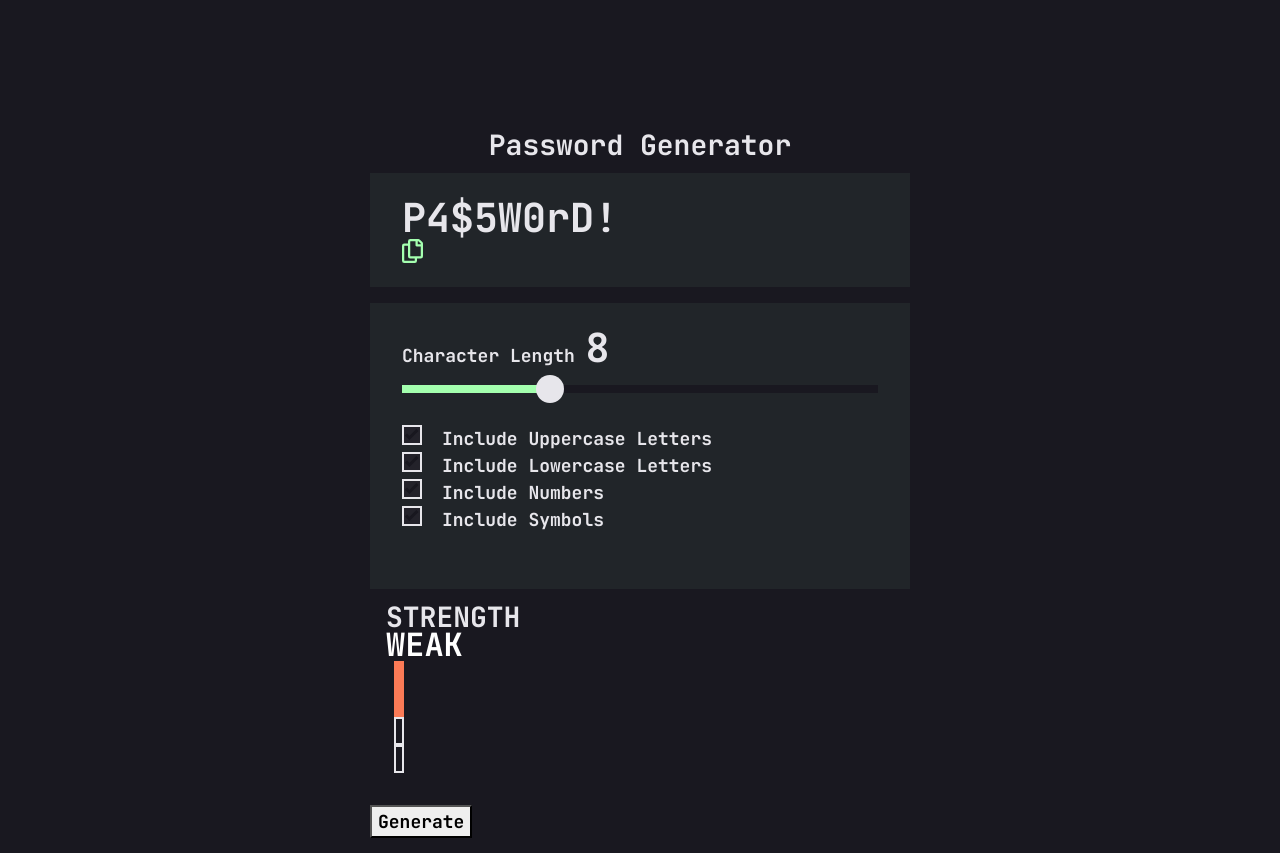
Repository: blordeus/password-generator-app
Page: starter-code/index.html
The author's editor kept a copy of each file at every save. The page is drawn from the files as they stood at one save, then again after a run of saves.
The browser window is 1280 px wide. The pictures show the whole page.

Above is the page before, as saved 2023-10-05 20:20:03.

### starter-code/index.html
<!DOCTYPE html>
<html lang="en">
<head>
  <meta charset="UTF-8">
  <meta name="viewport" content="width=device-width, initial-scale=1.0">
  <link href="https://cdn.jsdelivr.net/npm/bootstrap@5.3.2/dist/css/bootstrap.min.css" rel="stylesheet" integrity="sha384-T3c6CoIi6uLrA9TneNEoa7RxnatzjcDSCmG1MXxSR1GAsXEV/Dwwykc2MPK8M2HN" crossorigin="anonymous">
  <script src="https://cdn.jsdelivr.net/npm/bootstrap@5.3.2/dist/js/bootstrap.bundle.min.js" integrity="sha384-C6RzsynM9kWDrMNeT87bh95OGNyZPhcTNXj1NW7RuBCsyN/o0jlpcV8Qyq46cDfL" crossorigin="anonymous" defer></script>
  <script src="index.js" defer></script>
  <link rel="icon" type="image/png" sizes="32x32" href="./assets/images/favicon-32x32.png">
  <link rel="stylesheet" href="./assets/style.css">
  <link href="https://fonts.googleapis.com/css2?family=JetBrains+Mono:wght@700&display=swap" rel="stylesheet">
  <title>Frontend Mentor | Password generator app</title>
</head>
<body>
<main class="main">

    <h1 class="fs-3 title text-grey">Password Generator</h1>

    <div class="field bg-dark fs-1 flex">
      <p id="fieldText" class="fieldText text-grey">P4$5W0rD!</p>
      <div class="copy flex">
        <p id="copyMsg" class="fs-3 uppercase text-green">copied</p>
        <img id="copyIcon" src="./assets/images/icon-copy.svg" alt="">
      </div>
    </div>

    <div class="options bg-dark">
      <label for="slider" class="sliderLabel flex">Character Length <span class="sliderValue fs-1 text-green" id="sliderValue"></span></label>
      <input type="range" class="slider" name="slider" id="slider" min="5" max="15" value="8">
      <div class="checkboxes flex">
        <label for="inclUppercase" class="checkboxLabel" id="inclUppercase">
          <input type="checkbox" name="inclUppercase" id="inclUppercase">
          Include Uppercase Letters
          <span class="checkmark"><img src="./assets/images/icon-check.svg" alt="checked-icon"></span>
        </label>
        <label for="" class="checkboxLabel">
          <input type="checkbox" name="inclLowercase" id="inclLowercase">
          Include Lowercase Letters
          <span class="checkmark"><img src="./assets/images/icon-check.svg" alt="checked-icon"></span>
        </label>
        <label for="" class="checkboxLabel">
          <input type="checkbox" name="inclNumbers" id="inclNumbers">
          Include Numbers
          <span class="checkmark"><img src="./assets/images/icon-check.svg" alt="checked-icon"></span>
        </label>
        <label for="" class="checkboxLabel">
          <input type="checkbox" name="inclSymbols" id="inclSymbols">
          Include Symbols
          <span class="checkmark"><img src="./assets/images/icon-check.svg" alt="checked-icon"></span>
        </label>

      </div>

    </div>
    <div class="strength flex">
      <h2 class="fs-3 text-grey uppercase">Strength</h2>
      <div class="strengthLvl flex">
        <p class="fs-2 text-white uppercase" id="levelTxt">weak</p>
        <div id="bar1" class="bars bar1"></div>
        <div id="bar2" class="bars bar2"></div>
        <div id="bar3" class="bars bar3"></div>
        <div id="bar4" class="bars bar4"></div>
      </div>
    </div>
    <button id="generateBtn" class="">Generate</button>
</main>

</body>
</html>

### starter-code/assets/style.css
/* ------------------- */
/* Custom properties   */
/* ------------------- */

:root {
    /* colors */
    --clr-darkGrey: 248 10% 15%;
    --clr-grey: 251 9% 53%;
    --clr-almostWhite: 252 11% 91%;
    --clr-veryDarkGrey: 248 15% 11%;
    --clr-neonGreen: 127 100% 82%;
    --clr-red: 0 91% 63%;
    --clr-orange: 13 95% 66%;
    --clr-yellow: 42 91% 68%;

    /* font-sizes */
    --fs-1: 1.5rem;
    --fs-2: 1.125rem;
    --fs-3: 1rem;
  }

  @media (min-width: 35em) {
    :root {
      --fs-1: 2rem;
      --fs-2: 1.5rem;
      --fs-3: 1.125rem;
    }
  }

  /* ------------------- */
  /* Reset               */
  /* ------------------- */

  /* https://piccalil.li/blog/a-modern-css-reset/ */

  /* Box sizing */
  *,
  *::before,
  *::after {
    box-sizing: border-box;
  }

  /* Reset margins */
  body,
  h1,
  h2,
  h3,
  h4,
  h5,
  p,
  figure,
  picture {
    margin: 0;
  }

  h1,
  h2,
  h3,
  h4,
  h5,
  h6,
  p {
    font-weight: 400;
  }

  /* set up the body */
  body {
    font-family: "JetBrains Mono", monospace;
    font-size: var(--fs-3);
    font-weight: 700;
    color: hsl(var(--clr-almostWhite));
    background-color: hsl(var(--clr-veryDarkGrey));
    min-height: 100vh;

    overflow-x: hidden;
  }

  /* make images easier to work with */
img,
picture {
  max-width: 100%;
  display: block;
}

/* make form elements easier to work with */
input,
button,
textarea,
select {
  font: inherit;
}

/* typography */

.uppercase {
    text-transform: uppercase;
  }

  .fs-1 {
    font-size: var(--fs-1);
    line-height: 2rem;
  }

  .fs-2 {
    font-size: var(--fs-2);
    line-height: 1.485rem;
  }

  .fs-3 {
    font-size: var(--fs-3);
    line-height: 1.32rem;
  }

  @media (min-width: 35em) {
    .fs-1 {
      line-height: 2.64rem;
    }

    .fs-2 {
      line-height: 1.98rem;
    }

    .fs-3 {
      line-height: 1.485rem;
    }
  }

  /*     Layout     */
/* -------------- */

.main {
    margin-top: 4rem;
    margin-inline: 1rem;
  }

  @media (min-width: 35em) {
    .main {
      max-width: 33.75rem;
      margin-top: 8.3125rem;
      margin-inline: auto;
    }
  }

  .title {
    text-align: center;
    margin-block: 0;
    margin-bottom: 1rem;
  }

  .field {
    padding: 1rem;
    justify-content: space-between;
    align-items: center;
    margin-bottom: 1rem;
  }

  @media (min-width: 35em) {
    .field {
      padding: 1.5rem 2rem;
    }
  }

  .copy {
    gap: 1rem;
    align-items: center;
  }

  #copyMsg {
    display: none;
  }

  .copyIcon:hover {
    cursor: pointer;
  }

  .copyIcon:hover .copyIconPath {
    fill: white;
  }

  .options {
    padding: 1rem;
  }

  @media (min-width: 35em) {
    .options {
      padding: 1.5rem 2rem;
    }
  }

  .sliderLabel {
    justify-content: space-between;
    align-items: center;
  }

  .slider {
    width: 100%;
    margin-top: 1rem;
    margin-bottom: 2rem;
  }

  input[type="range"] {
    -webkit-appearance: none;
    background: hsl(var(--clr-veryDarkGrey));
    accent-color: white;
    cursor: pointer;
    height: 8px;
    background-image: linear-gradient(
      hsl(var(--clr-neonGreen)),
      hsl(var(--clr-neonGreen))
    );
    background-size: 30% 100%;
    background-repeat: no-repeat;
  }

  input[type="range"]::-webkit-slider-thumb {
    height: 28px;
    width: 28px;
    background: hsl(var(--clr-almostWhite));
    -webkit-appearance: none;
    border-radius: 14px;
  }

  input[type="range"]:hover::-webkit-slider-thumb {
    background: hsl(var(--clr-veryDarkGrey));
    border: 2px solid hsl(var(--clr-neonGreen));
    -webkit-appearance: none;
  }

  .checkboxes {
    flex-direction: column;
    gap: 1rem;
    margin-bottom: 2rem;
  }

  /* Customize the label (the container) */
  .checkboxLabel {
    display: block;
    position: relative;
    padding-left: 2.5rem;
    cursor: pointer;
    -webkit-user-select: none;
    -moz-user-select: none;
    -ms-user-select: none;
    user-select: none;
  }

  /* Hide the browser's default checkbox */
  .checkboxLabel input {
    position: absolute;
    opacity: 0;
    cursor: pointer;
    height: 0;
    width: 0;
  }

  /* Create a custom checkbox */
  .checkmark {
    position: absolute;
    top: 0;
    left: 0;
    height: 20px;
    width: 20px;
    background-color: hsl(var(--clr-darkGrey));
    border: 2px solid hsl(var(--clr-almostWhite));
    display: flex;
    justify-content: center;
    align-items: center;
  }

  /* On mouse-over, add a background color */
  .checkboxLabel:hover input ~ .checkmark {
    border-color: hsl(var(--clr-neonGreen));
  }

  /* When the checkbox is checked, add a background */
  .checkboxLabel input:checked ~ .checkmark {
    background-color: hsl(var(--clr-neonGreen));
    border-color: hsl(var(--clr-neonGreen));
  }

  /* Create the checkmark/indicator (hidden when not checked) */
  .checkmark:after {
    content: "";
    position: absolute;
    display: none;
  }

  /* Show the checkmark when checked */
  .checkboxLabel input:checked ~ .checkmark:after {
    display: block;
  }

  .strength {
    background-color: hsl(var(--clr-veryDarkGrey));
    padding: 1rem;
    justify-content: space-between;
    align-items: center;
    margin-bottom: 1rem;
  }

  .strengthLvl {
    align-items: center;
  }

  .strengthLvl p {
    margin-right: 0.5rem;
  }

  .bars {
    width: 10px;
    height: 28px;
    border: 2px solid hsl(var(--clr-almostWhite));
    margin-left: 0.5rem;
  }

  .button {
    width: 100%;
    padding-top: 1.125rem;
    padding-bottom: 1.125rem;
    border: 2px solid hsl(var(--clr-neonGreen));
  }

  .button:hover {
    background-color: hsl(var(--clr-darkGrey));
    color: hsl(var(--clr-neonGreen));
    cursor: pointer;
  }

  .button svg {
    margin-left: 1rem;
  }

  .button:hover path {
    fill: hsl(var(--clr-neonGreen));
  }

  .alert {
    display: none;
    text-align: center;
    color: hsl(var(--clr-red));
  }

  /*  Level Classes */

  .tooWeak {
    background-color: hsl(var(--clr-red));
    border: 2px solid hsl(var(--clr-red));
  }

  .weak {
    background-color: hsl(var(--clr-orange));
    border: 2px solid hsl(var(--clr-orange));
  }

  .medium {
    background-color: hsl(var(--clr-yellow));
    border: 2px solid hsl(var(--clr-yellow));
  }

  .strong {
    background-color: hsl(var(--clr-neonGreen));
    border: 2px solid hsl(var(--clr-neonGreen));
  }

### index.js
const sliderValue = document.getElementById("sliderValue");
const slider = document.getElementById("slider");
const rangeInputs = document.querySelectorAll('input[type="range"]');
const bar1 = document.getElementById("bar1");
const bar2 = document.getElementById("bar2");
const bar3 = document.getElementById("bar3");
const bar4 = document.getElementById("bar4");

/* slider */
sliderValue.innerHTML = slider.value;
bar1.classList.add("weak");
bar2.classList.add("weak");

slider.oninput = function () {
  sliderValue.innerHTML = this.value;

  /* Strength */

  const levelTxt = document.getElementById("levelTxt");

  if (slider.value < 7) {
    levelTxt.innerHTML = "too weak!";
    bar1.classList.remove("tooWeak", "weak", "medium", "strong");
    bar2.classList.remove("tooWeak", "weak", "medium", "strong");
    bar3.classList.remove("tooWeak", "weak", "medium", "strong");
    bar4.classList.remove("tooWeak", "weak", "medium", "strong");
    bar1.classList.remove("weak");
    bar1.classList.add("tooWeak");
  }

  if (slider.value < 9 && slider.value >= 7) {
    levelTxt.innerHTML = "weak";
    bar1.classList.remove("tooWeak", "weak", "medium", "strong");
    bar2.classList.remove("tooWeak", "weak", "medium", "strong");
    bar3.classList.remove("tooWeak", "weak", "medium", "strong");
    bar4.classList.remove("tooWeak", "weak", "medium", "strong");
    bar1.classList.add("weak");
    bar2.classList.add("weak");
  }

  if (slider.value < 11 && slider.value >= 9) {
    levelTxt.innerHTML = "medium";
    bar1.classList.remove("tooWeak", "weak", "medium", "strong");
    bar2.classList.remove("tooWeak", "weak", "medium", "strong");
    bar3.classList.remove("tooWeak", "weak", "medium", "strong");
    bar4.classList.remove("tooWeak", "weak", "medium", "strong");
    bar1.classList.add("medium");
    bar2.classList.add("medium");
    bar3.classList.add("medium");
  }

  if (slider.value >= 11) {
    levelTxt.innerHTML = "strong";
    bar1.classList.remove("tooWeak", "weak", "medium", "strong");
    bar2.classList.remove("tooWeak", "weak", "medium", "strong");
    bar3.classList.remove("tooWeak", "weak", "medium", "strong");
    bar4.classList.remove("tooWeak", "weak", "medium", "strong");
    bar1.classList.add("strong");
    bar2.classList.add("strong");
    bar3.classList.add("strong");
    bar4.classList.add("strong");
  }
};

function handleInputChange(e) {
  let target = e.target;

  const min = target.min;
  const max = target.max;
  const val = target.value;

  target.style.backgroundSize = ((val - min) * 100) / (max - min) + "% 100%";
}

rangeInputs.forEach((input) => {
  input.addEventListener("input", handleInputChange);
});

/*    Copy to clipboard */
const copyIcon = document.getElementById("copyIcon");
const copyMsg = document.getElementById("copyMsg");

copyIcon.addEventListener("click", copyField);

function copyField() {
  /* Get the text field */
  var copyText = document.getElementById("fieldText").innerHTML;

  /* Copy the text inside the text field */
  navigator.clipboard.writeText(copyText);

  copyMsg.style.display = "initial";
}

/* Generate Password */

const generateBtn = document.getElementById("generateBtn");
generateBtn.addEventListener("click", generate);
const fieldText = document.getElementById("fieldText");

function generate(length) {
  const uppercase = document.getElementById("inclUppercase");
  const lowercase = document.getElementById("inclLowercase");
  const numbers = document.getElementById("inclNumber");
  const symbols = document.getElementById("inclSymbol");
  const alert = document.getElementById("alert");

  if (
    uppercase.checked === false &&
    lowercase.checked === false &&
    numbers.checked === false &&
    symbols.checked === false
  ) {
    alert.style.display = "block";
  } else {
    const uppercaseChars = "ABCDEFGHIJKLMNOPQRSTUVWXYZ";
    const lowercaseChars = "abcdefghijklmnopqrstuvwxyz";
    const numbersChars = "0123456789";
    const symbolsChars = "@#&(§!-)^$*%+=/?";

    let chars = "";
    var length = slider.value;

    if (uppercase.checked === true) {
      chars += uppercaseChars;
    }
    if (lowercase.checked === true) {
      chars += lowercaseChars;
    }
    if (numbers.checked === true) {
      chars += numbersChars;
    }
    if (symbols.checked === true) {
      chars += symbolsChars;
    }

    let password = "";
    let passwordLength = length;
    const array = new Uint32Array(length); // Create 'unsigned' array
    window.crypto.getRandomValues(array);
    for (let i = 0; i < passwordLength; i++) {
      password += chars[array[i] % chars.length]; // % operator returns remainder of division
    }

    fieldText.innerHTML = password;
    fieldText.style.color = "hsl( var(--clr-almostWhite) )";
    copyMsg.style.display = "none";
    alert.style.display = "none";

    return password;
  }
}

After the next 3 saves:
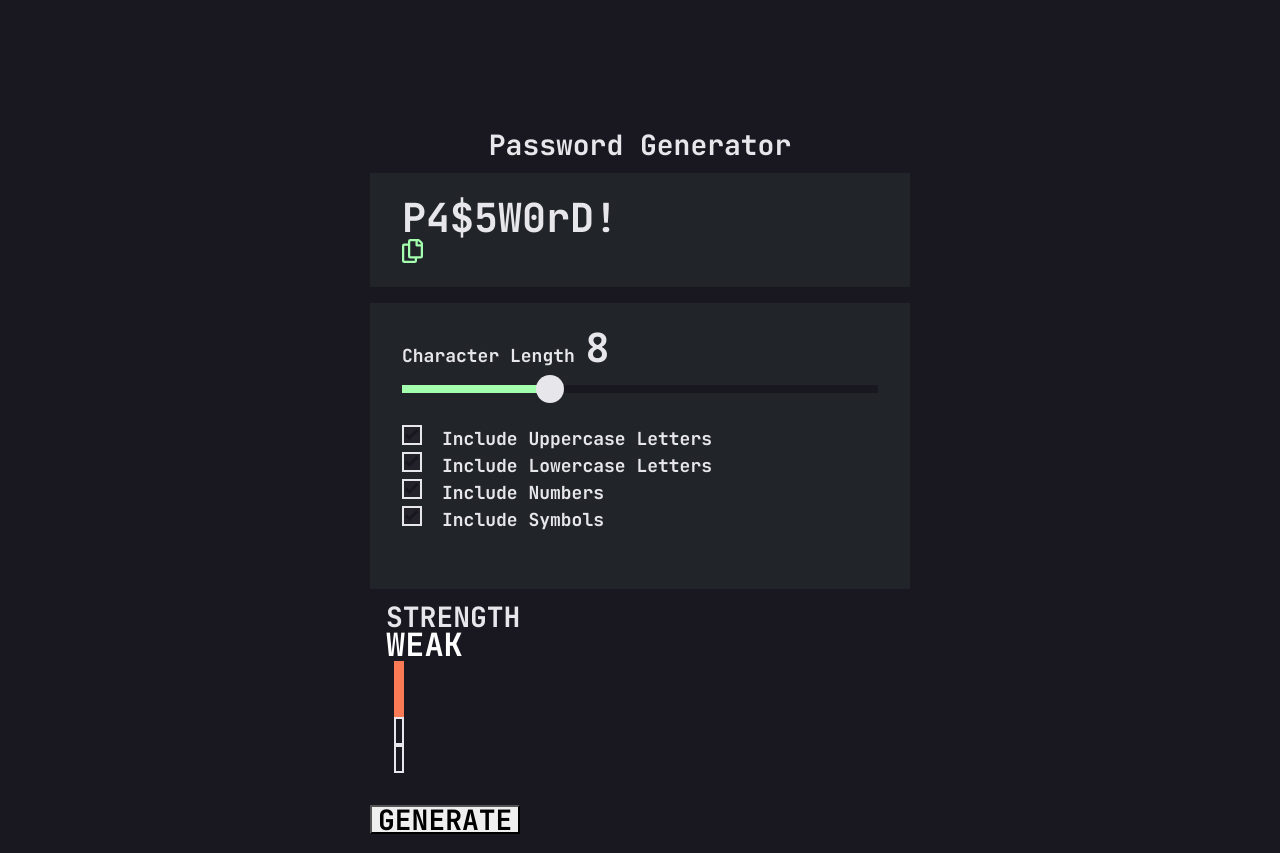
The 3 saves are shown as one change because they came seconds apart.
The last was saved 34 s later.
--- a/starter-code/index.html
+++ b/starter-code/index.html
@@ -62,7 +62,7 @@
         <div id="bar4" class="bars bar4"></div>
       </div>
     </div>
-    <button id="generateBtn" class="">Generate</button>
+    <button id="generateBtn" class="uppercase fs-3 bg-green ">Generate</button>
 </main>
 
 </body>
